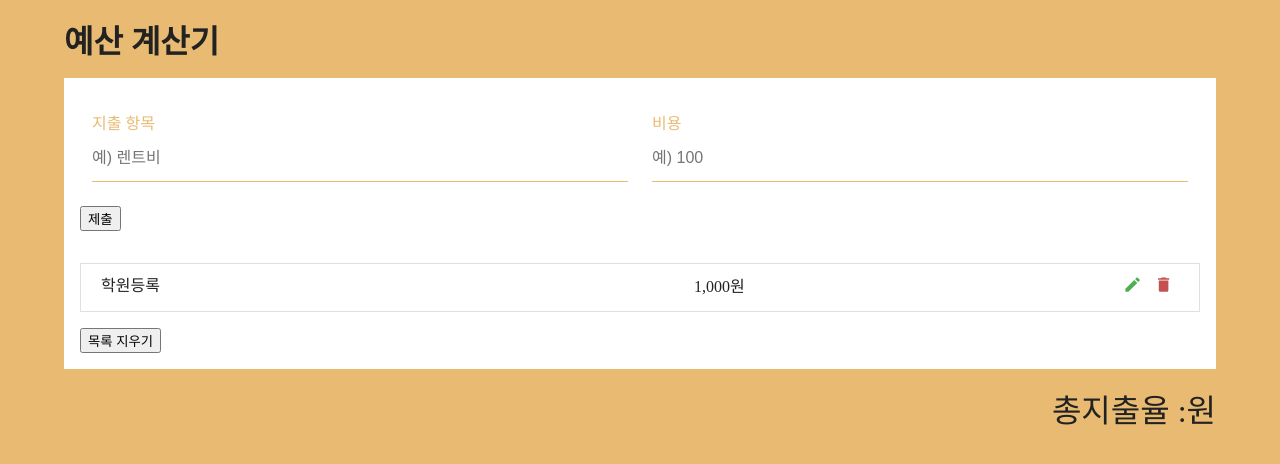
Repository: jongheonleee/budget_calculator
Page: /
The author's editor kept a copy of each file at every save. The page is drawn from the files as they stood at one save, then again after the next save.
The browser window is 1280 px wide. The pictures show the whole page.
The project was rebuilt for these pictures with package versions that can differ from the ones it lists, and the page was loaded fresh each time.

Above is the page before, as saved 2025-02-08 12:56:23.

After the next save:
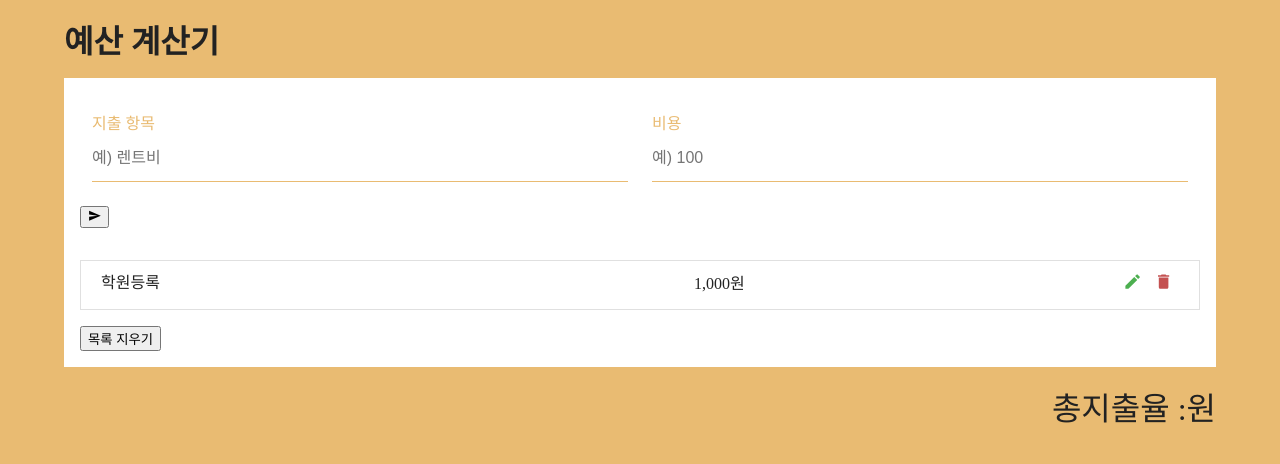
Saved 39 s later.
--- a/src/components/ExpenseForm.js
+++ b/src/components/ExpenseForm.js
@@ -1,5 +1,6 @@
 import React, { Component } from 'react'
 import './ExpenseForm.css';
+import { MdSend } from'react-icons/md';
 
 export class ExpenseForm extends Component {
 
@@ -33,7 +34,7 @@
             </div>
 
             <button tpye='submit' className='btn'>
-                제출
+                <MdSend />
             </button>
         </form>
     )

After the save that followed:
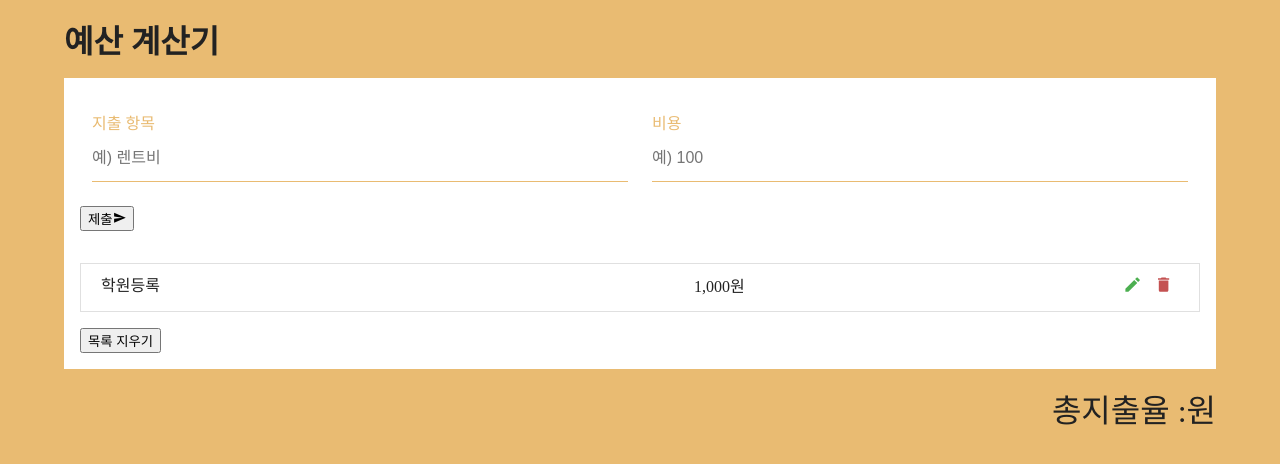
Saved 20 s later.
--- a/src/components/ExpenseForm.js
+++ b/src/components/ExpenseForm.js
@@ -34,7 +34,8 @@
             </div>
 
             <button tpye='submit' className='btn'>
-                <MdSend />
+                제출
+                <MdSend className='btn-icon'/>
             </button>
         </form>
     )
